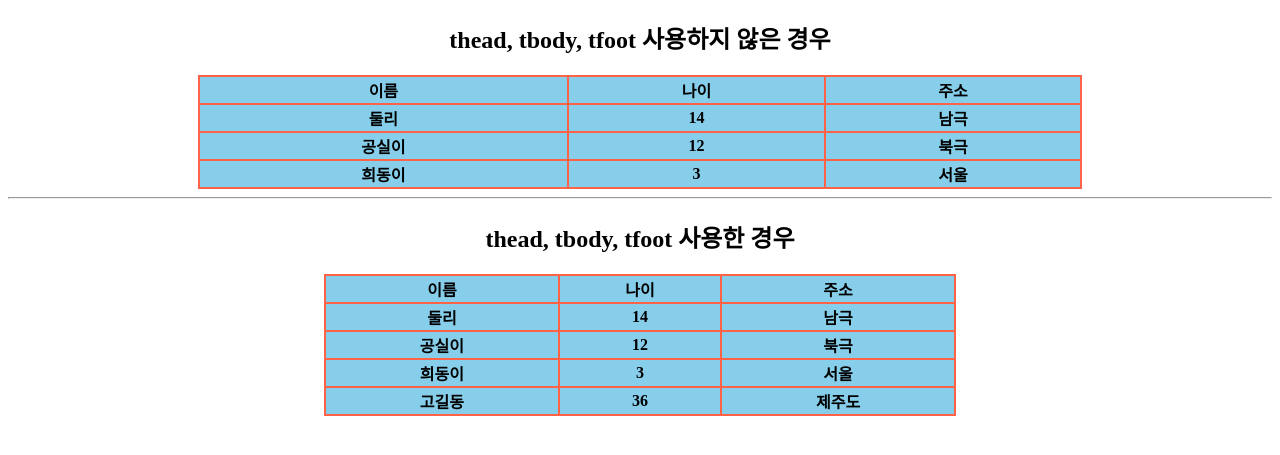
Repository: claddds/2023_webstudy
Page: 01_html/src/main/webapp/day02/ex09_table.html
An editor plug-in stored every save of this project. The page is shown before and after the next save, followed by the edit.
The browser window is 1280 px wide. The pictures show the whole page.

Above is the page before, as saved 2023-06-20 04:14:42.

After the next save:
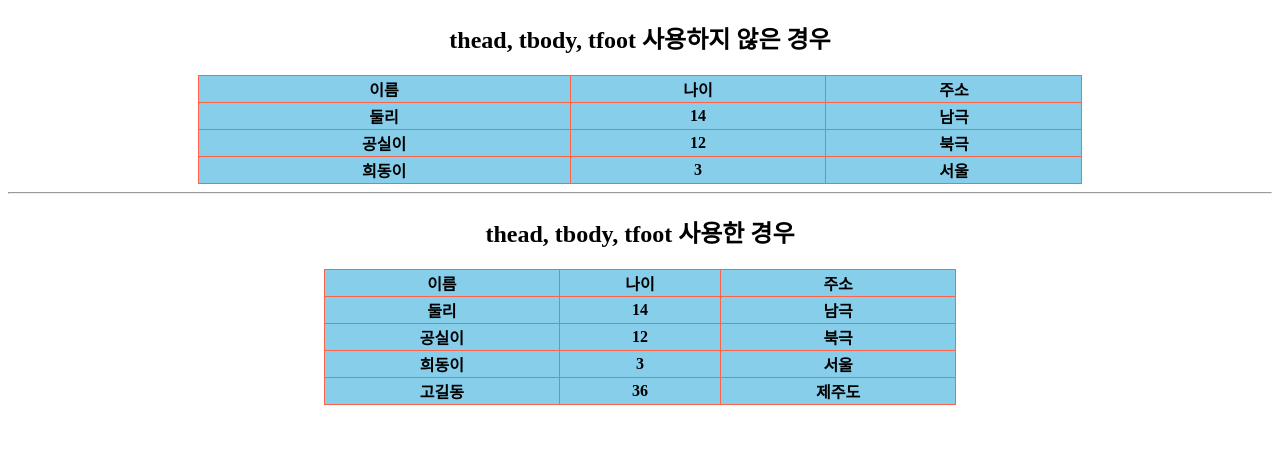
Saved 19 s later.
--- a/01_html/src/main/webapp/day02/ex09_table.html
+++ b/01_html/src/main/webapp/day02/ex09_table.html
@@ -11,7 +11,7 @@
 	}
 	/* border 사용하기 */
 	table,th,td{
-		border:2px solid tomato;
+		border:1px solid tomato;
 		/*한줄 만들기*/
 		border-collapse: collapse;
 	}
